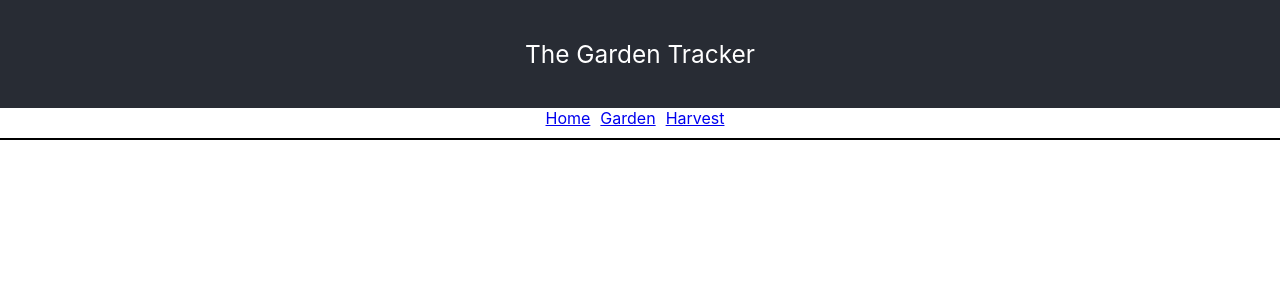
Repository: charliejp0311/ReactReduxFinal
Page: /garden (app in gardentracker/)
These files come from the project's save history. The page is drawn as it stood at one moment and after a run of saves; the edit follows.
The browser window is 1280 px wide. The pictures show the whole page.
The page's requests for data from a server got no answer. The project was rebuilt for these pictures with package versions that can differ from the ones it lists, and the page was loaded fresh each time. No one was signed in, and anything a server would have sent is missing. Also part of the build but not shown: gardentracker/src/containers/GardenbookContainer.js, gardentracker/src/containers/PlantContainer.js, gardentracker/src/components/GardenPlant.js, gardentracker/src/components/HarvestPlant.js, gardentracker/src/containers/HarvestContainer.js.

Above is the page before, as saved 2020-11-06 14:42:03.

After the next 3 saves:
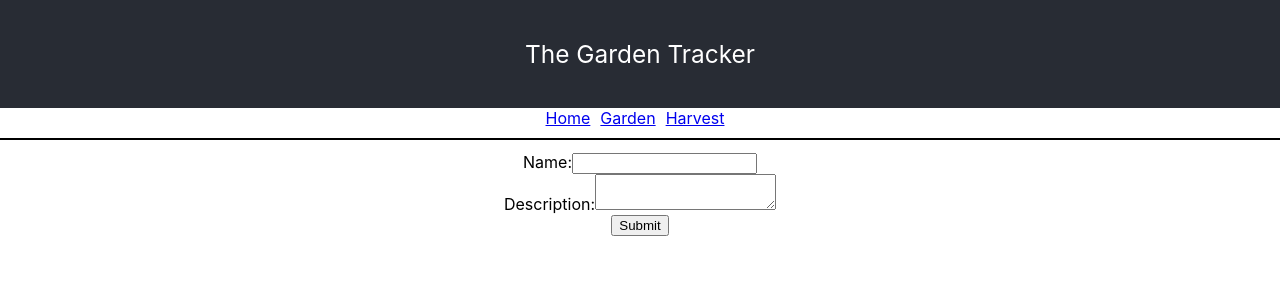
The 3 saves are shown as one change because 2 did not build or start.
The last was saved 3 min 11 s later.
--- a/gardentracker/src/containers/GardenContainer.js
+++ b/gardentracker/src/containers/GardenContainer.js
@@ -1,15 +1,19 @@
 import React,{Component} from 'react';
 import {connect} from 'react-redux';
-// import  PlantForm  from "../components/PlantForm";
+import  PlantForm  from "../components/PlantForm";
 import  PlantList  from "../components/PlantList";
 
 
 
 class GardenContainer extends Component{
 
+
     render(){
+        console.log(this)
+        const plant = {}
         return(
         <div>
+            <PlantForm plant={plant} />
             <PlantList garden={this.props.garden} notes={this.props.notes}/>
         </div>
         );
@@ -17,6 +21,7 @@ class GardenContainer extends Component{
 };
 
 const mapStateToProps = state => {
+    // console.log(state)
     return{
         id: state.garden.id,
         garden: state.garden.garden,
@@ -26,4 +31,4 @@ const mapStateToProps = state => {
 
 
 
-export default connect(mapStateToProps)(GardenContainer);
+export default connect(mapStateToProps , {PlantForm})(GardenContainer);
